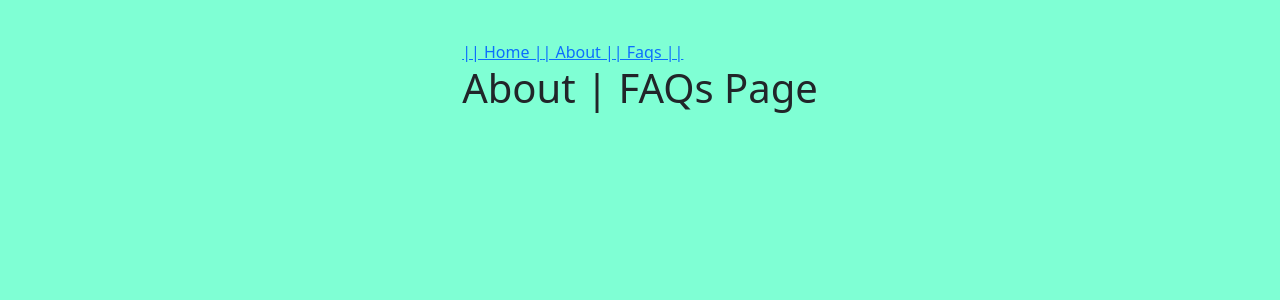
Repository: abgdev1997/proyecto-evo
Page: /about
These files come from the project's save history. The page is drawn as it stood at one moment and after the next save; the edit follows.
The browser window is 1280 px wide. The pictures show the whole page.
The project was rebuilt for these pictures with package versions that can differ from the ones it lists, and the page was loaded fresh each time. Also part of the build but not shown: src/routes/Home/HomePage.jsx, src/routes/404/NotFoundPage.jsx.

Above is the page before, as saved 2022-02-16 13:30:15.

After the next save:
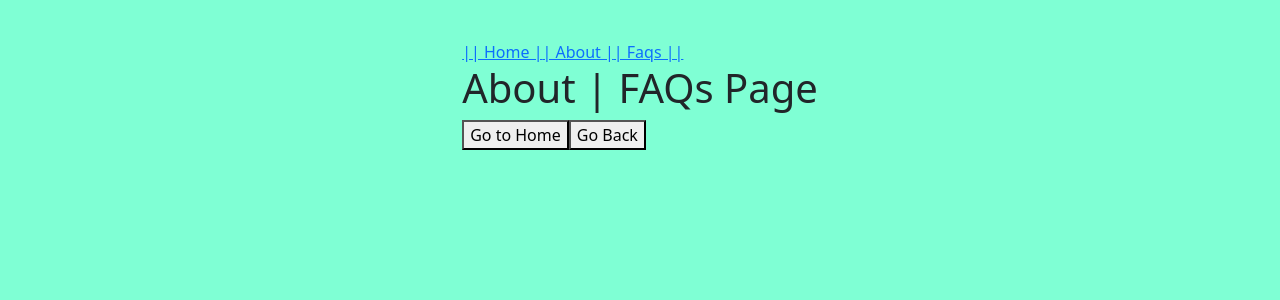
Saved 51 s later.
--- a/src/routes/about-faqs/AboutPage.jsx
+++ b/src/routes/about-faqs/AboutPage.jsx
@@ -4,6 +4,14 @@ const Aboutpage = () => {
     return (
         <div>
             <h1>About | FAQs Page</h1>
+            <div>
+                <button>
+                    Go to Home
+                </button>
+                <button>
+                    Go Back
+                </button>
+            </div>
         </div>
     );
 }
